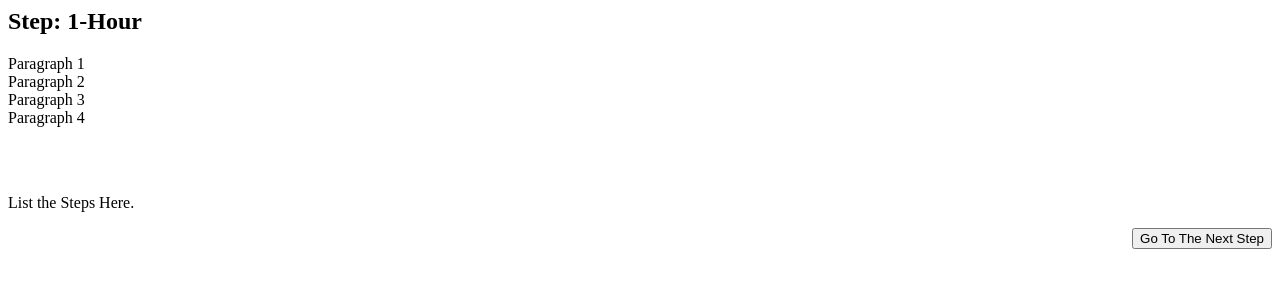
Repository: DevZubair/Danh-App
Page: www/templates/steps-1-hour.html
The author's editor kept a record of every edit. The page is drawn from the files as they stood at one moment, then again after the next edit.
The browser window is 1280 px wide. The pictures show the whole page.

Above is the page before.

After the next edit:
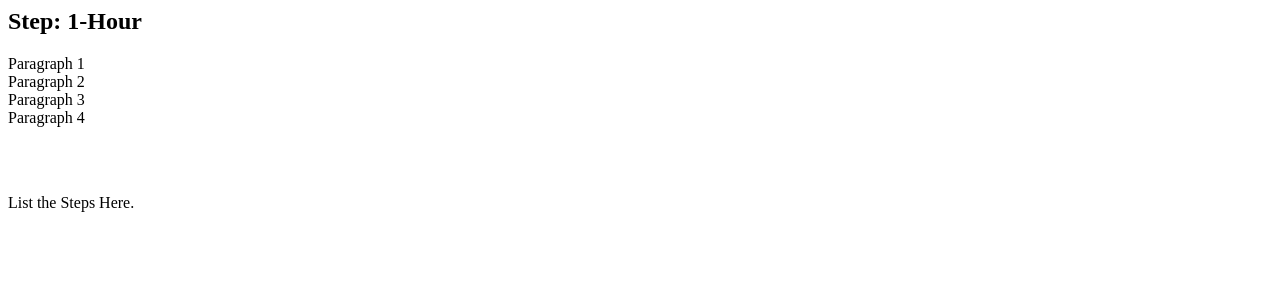
The edit:
--- a/www/templates/steps-1-hour.html
+++ b/www/templates/steps-1-hour.html
@@ -43,7 +43,7 @@
     </div>
   </div>
 
-        <!-- Last step -->
+        <!-- Last step
   <div class="padding" style="height:100px">
     <button class="{{buttonAnimation}} {{buttonClass}}" ng-class="!memberLockedPages.stepsHour ? 'button {{buttonClass}}' : 'button button-balanced'" style="float:right" ng-click="unlockNextPage('stepsHour')">Go To The Next Step</button>
   </div>
